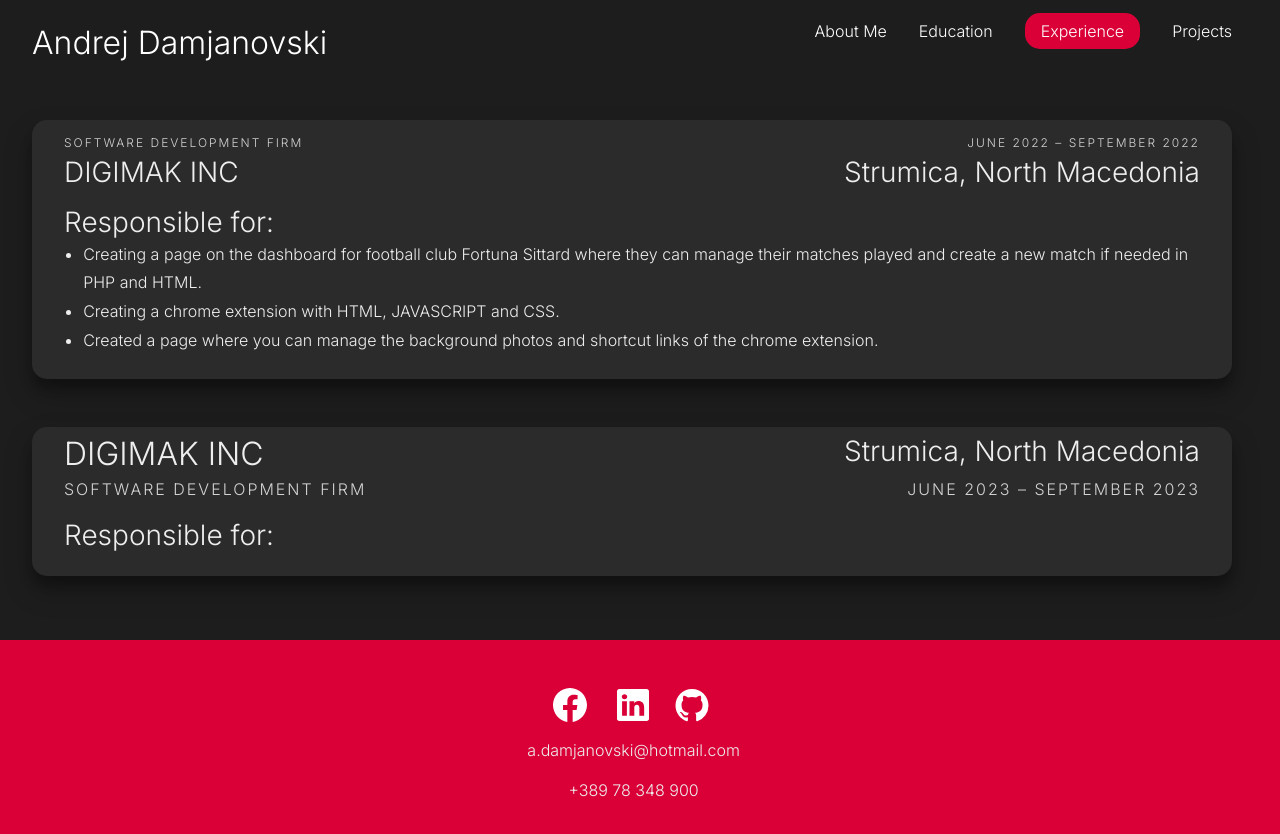
Repository: ADamjanovski/portfolio
Page: experience.html
An editor plug-in stored every save of this project. The page is shown before and after the next save, followed by the edit.
The browser window is 1280 px wide. The pictures show the whole page.

Above is the page before, as saved 2023-07-03 11:57:46.

After the next save:
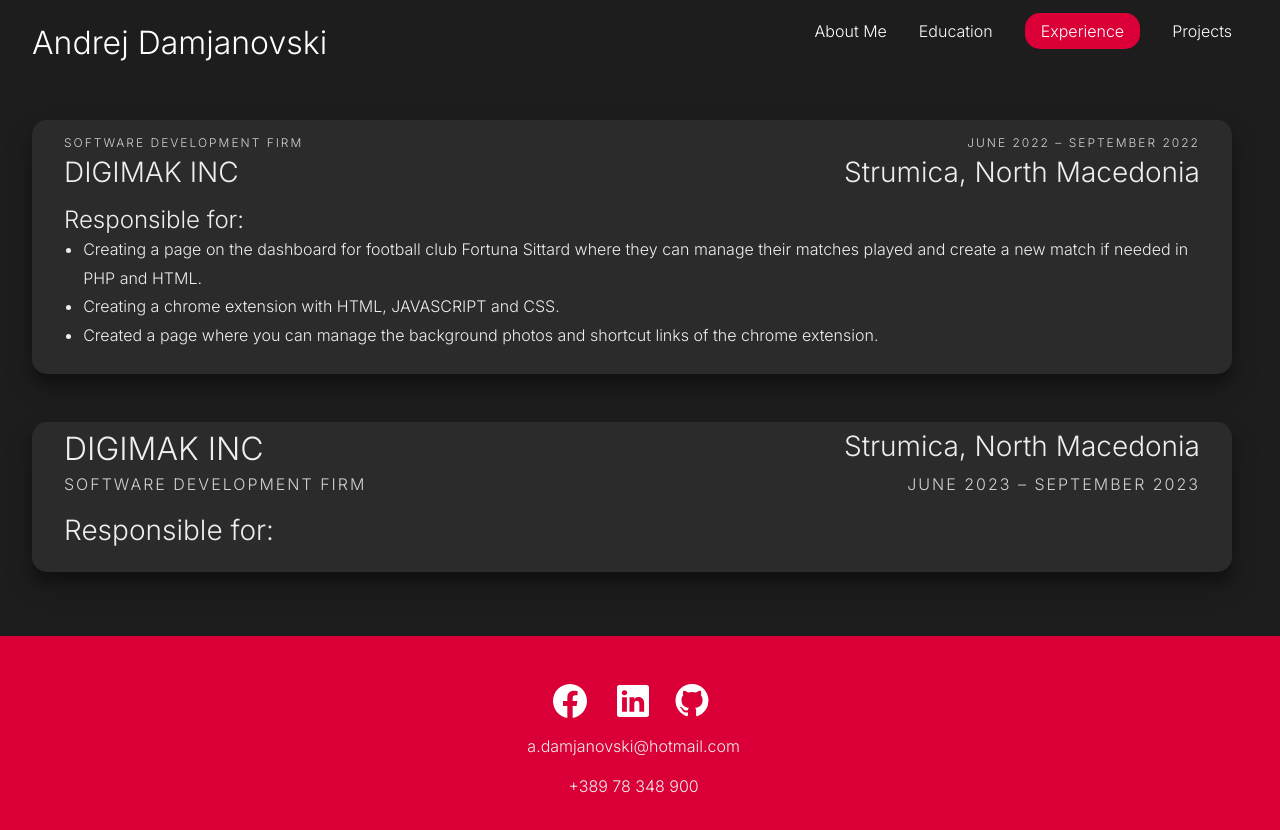
Saved 14 s later.
--- a/experience.html
+++ b/experience.html
@@ -56,7 +56,7 @@
             <h3>Strumica, North Macedonia</h3>
         </div>
         <div class="responsible">
-            <h3>Responsible for:</h3>
+            <h4>Responsible for:</h4>
             <ul>
                 <li>Creating a page on the dashboard for football club Fortuna Sittard where they can manage their matches played and create a new match if needed in PHP and HTML.</li>
                 <li>Creating a chrome extension with HTML, JAVASCRIPT and CSS.</li>
